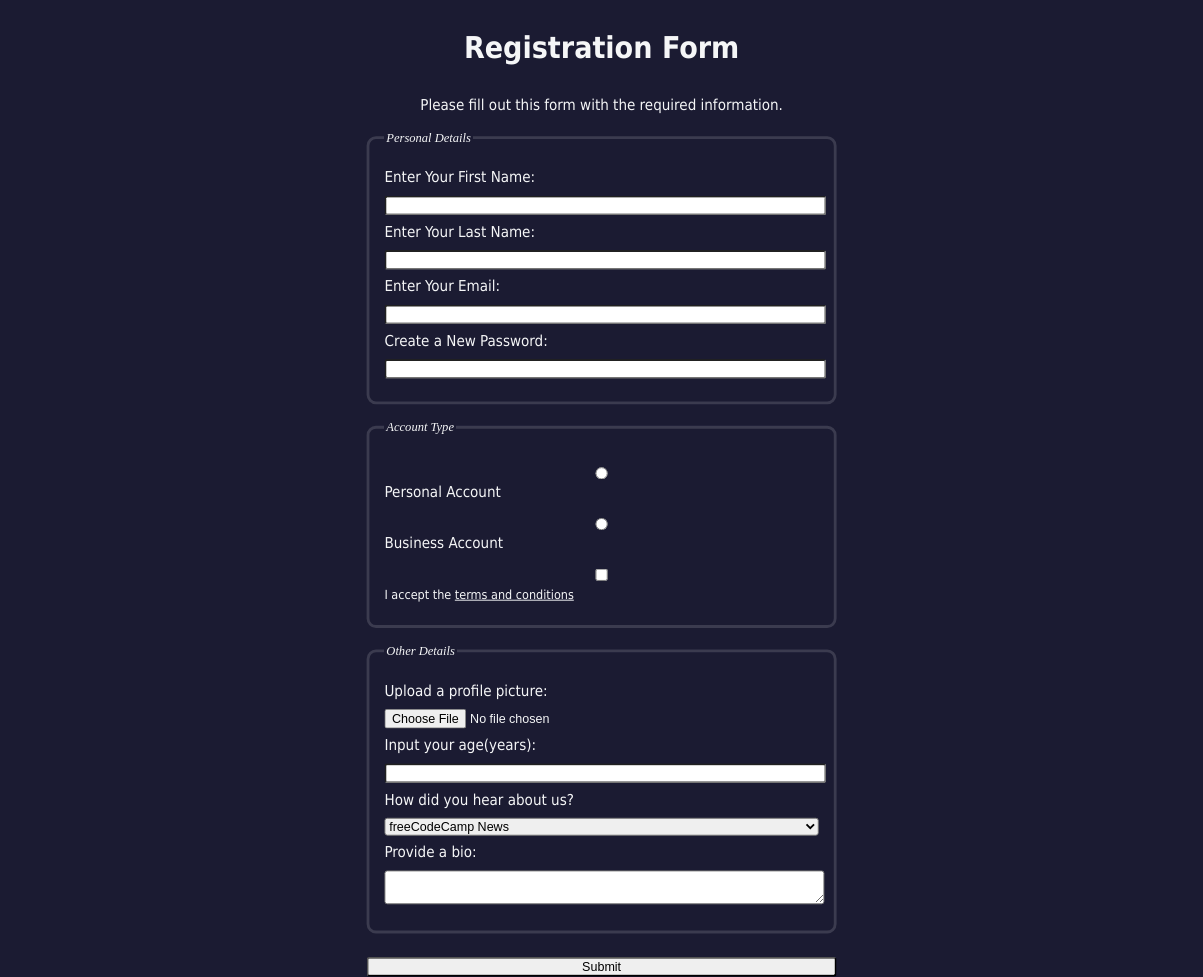
Repository: Lungdjos/registration_form
Page: index.html
An editor plug-in stored every save of this project. The page is shown before and after the next save, followed by the edit.
The browser window is 1280 px wide. The pictures show the whole page, at 94% of full size.

Above is the page before, as saved 2023-09-29 09:36:22.

After the next save:
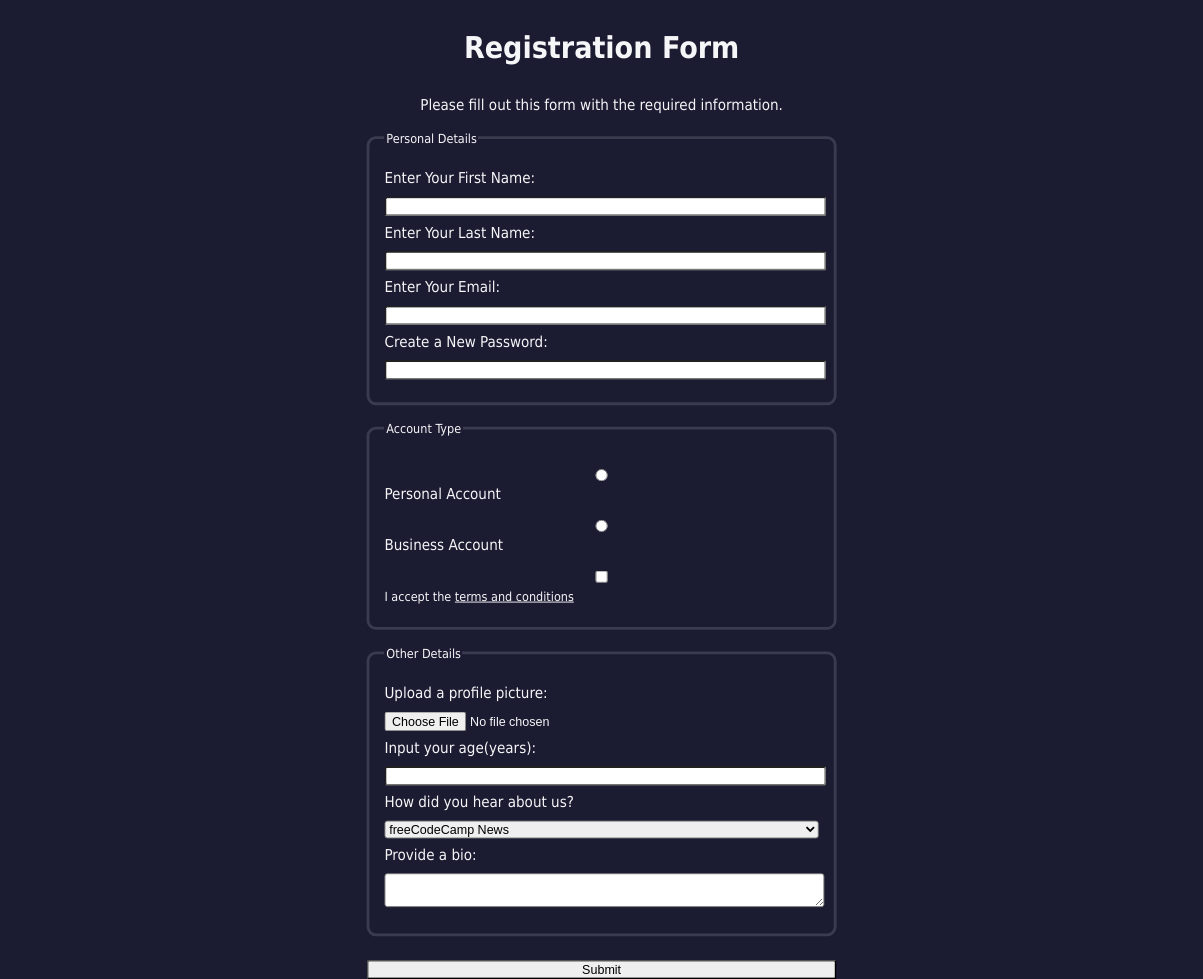
Saved 55 s later.
--- a/indexStyles.css
+++ b/indexStyles.css
@@ -47,6 +47,7 @@
     border-radius: 3px;
 }
 
+.inli
 legend {
     font-style: italic;
     font-family: 'Times New Roman', Times, serif;

After the 5 saves that followed:
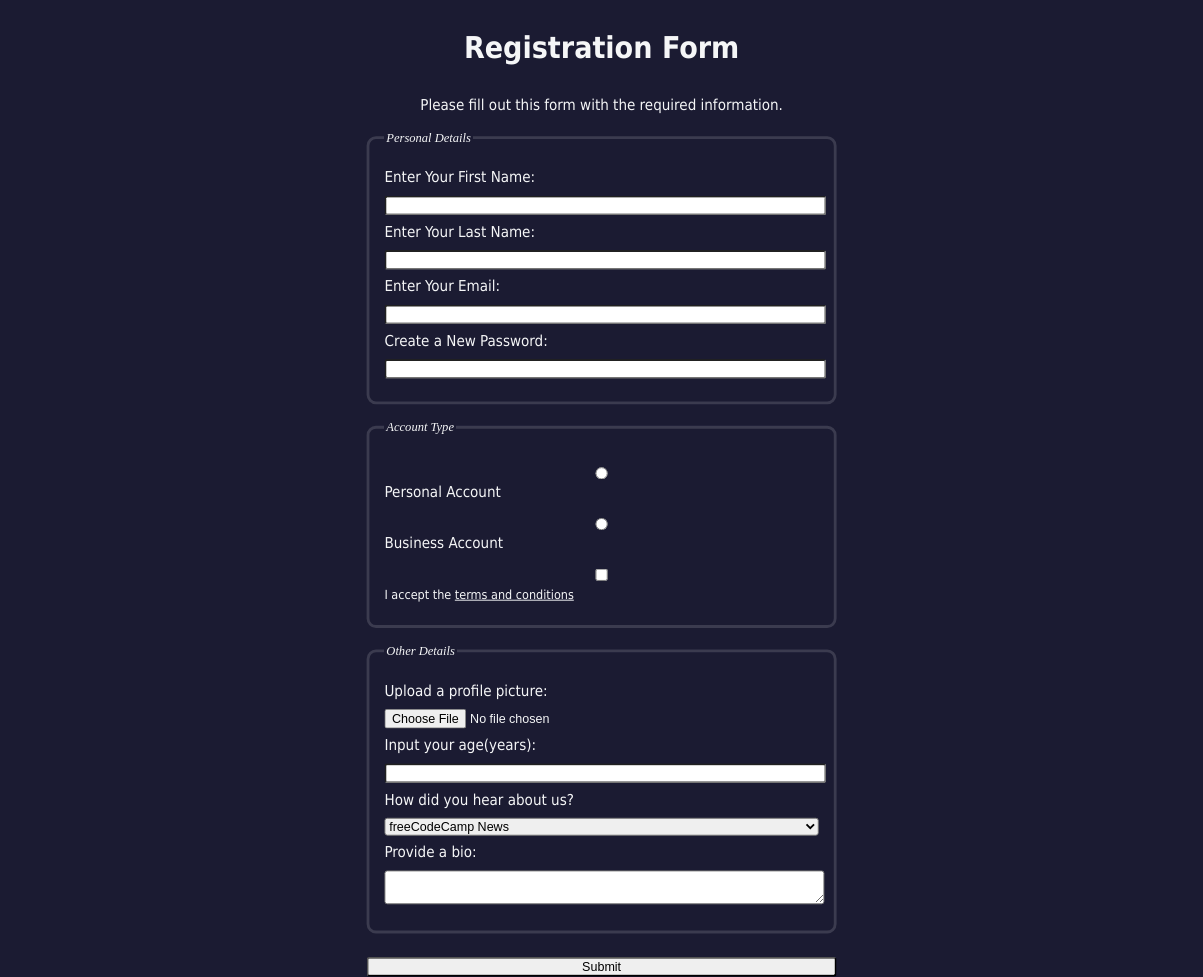
The 5 saves are shown as one change because 2 left the picture as it was and some came seconds apart.
The last was saved 18 s later.
--- a/indexStyles.css
+++ b/indexStyles.css
@@ -47,7 +47,8 @@
     border-radius: 3px;
 }
 
-.inli
+.inline {}
+
 legend {
     font-style: italic;
     font-family: 'Times New Roman', Times, serif;
